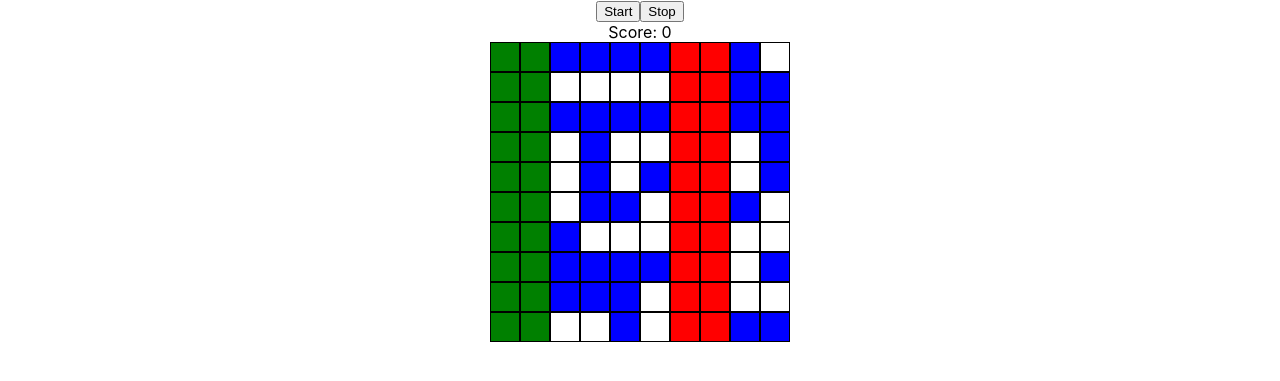
Repository: drumsmanku/grid-game
Page: / (app in client/)
The author's editor kept a copy of each file at every save. The page is drawn from the files as they stood at one save, then again after the next save.
The browser window is 1280 px wide. The pictures show the whole page.
The project was rebuilt for these pictures with package versions that can differ from the ones it lists, and the page was loaded fresh each time. Also part of the build but not shown: client/src/App.css, client/src/components/Grid.css.

Above is the page before, as saved 2024-03-22 22:11:59.

### client/src/App.js
import './App.css';
import Grid from './components/Grid';

function App() {
  return (
    <div className="App">
     <Grid/>
    </div>
  );
}

export default App;

### client/src/components/Grid.js
import React, { useState, useEffect } from 'react';
import './Grid.css';

const initialGrid = () => {
  let grid = [];
  for (let row = 0; row < 10; row++) {
    let currentRow = [];
    for (let col = 0; col < 10; col++) {
      if (col < 2) currentRow.push("green");
      else if (col < 6) currentRow.push(Math.random() < 0.5 ? "blue" : "");
      else if (col < 8) currentRow.push("red");
      else currentRow.push(Math.random() < 0.5 ? "blue" : "");
    }
    grid.push(currentRow);
  }
  return grid;
};

function Grid() {
  const [grid, setGrid] = useState(initialGrid);
  const [score, setScore] = useState(0);
  const [isMoving, setIsMoving] = useState(false);

  const moveRedColumns = () => {
    setGrid(prevGrid => {
      const newGrid = prevGrid.map(row => [...row]);
      for (let row = 0; row < 10; row++) {
        for (let col = 9; col >= 0; col--) {
          if (newGrid[row][col] === "red") {
            newGrid[row][col] = "";
            newGrid[row][col + 1] = "red";
          }
        }
      }
      return newGrid;
    });
  };

  useEffect(() => {
    let interval;
    if (isMoving) {
      interval = setInterval(moveRedColumns, 500);
    } else {
      clearInterval(interval);
    }
    return () => clearInterval(interval);
  }, [isMoving]);

  const handleClick = (row, col) => {
    if (grid[row][col] === "red") {
      setScore(prevScore => Math.max(0, prevScore - 10));
    } else if (grid[row][col] === "blue") {
      setScore(prevScore => prevScore + 10);
    }
  };

  const handleStart = () => {
    setIsMoving(true);
  };

  const handleStop = () => {
    setIsMoving(false);
  };

  return (
    <div className="Grid">
      <div style={{ display: 'flex', flexDirection: 'column', alignItems: 'center' }}>
        <div>
          <button onClick={handleStart}>Start</button>
          <button onClick={handleStop}>Stop</button>
        </div>
        <div>Score: {score}</div>
        {grid.map((row, rowIndex) => (
          <div key={rowIndex} style={{ display: 'flex' }}>
            {row.map((col, colIndex) => (
              <div key={`${rowIndex}-${colIndex}`}
                   onClick={() => handleClick(rowIndex, colIndex)}
                   style={{
                     width: '30px',
                     height: '30px',
                     backgroundColor: col || 'white',
                     border: '1px solid black',
                     boxSizing: 'border-box'
                   }}>
              </div>
            ))}
          </div>
        ))}
      </div>
    </div>
  );
}

export default Grid;

Loaded but not shown: client/public/index.html (common file); client/src/index.js (common file); client/src/index.css (common file)

After the next save:
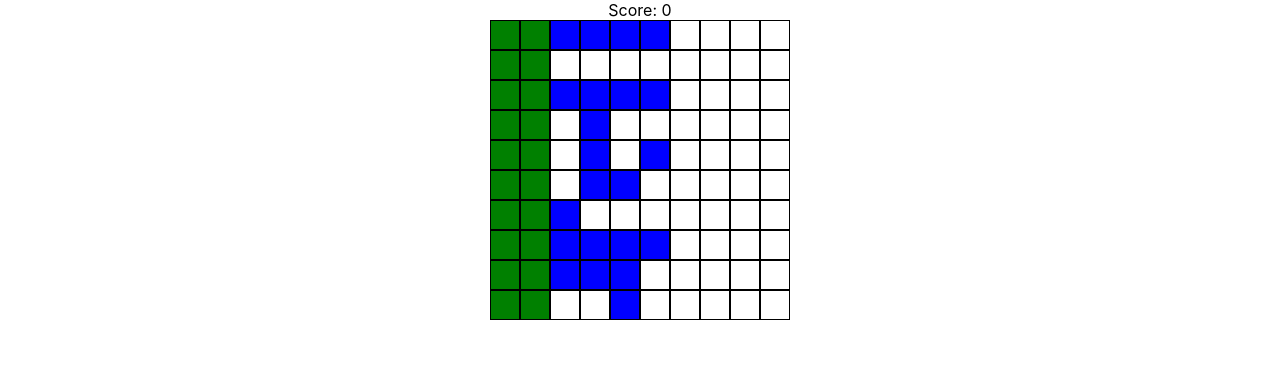
Saved 2 min 27 s later.
--- a/client/src/components/Grid.js
+++ b/client/src/components/Grid.js
@@ -19,16 +19,35 @@
 function Grid() {
   const [grid, setGrid] = useState(initialGrid);
   const [score, setScore] = useState(0);
-  const [isMoving, setIsMoving] = useState(false);
+  const [isMovingRight, setIsMovingRight] = useState(true);
 
   const moveRedColumns = () => {
     setGrid(prevGrid => {
       const newGrid = prevGrid.map(row => [...row]);
-      for (let row = 0; row < 10; row++) {
-        for (let col = 9; col >= 0; col--) {
-          if (newGrid[row][col] === "red") {
-            newGrid[row][col] = "";
-            newGrid[row][col + 1] = "red";
+      if (isMovingRight) {
+        for (let row = 0; row < 10; row++) {
+          for (let col = 9; col >= 0; col--) {
+            if (newGrid[row][col] === "red") {
+              newGrid[row][col] = "";
+              if (col < 9) {
+                newGrid[row][col + 1] = "red";
+              } else {
+                setIsMovingRight(false);
+              }
+            }
+          }
+        }
+      } else {
+        for (let row = 0; row < 10; row++) {
+          for (let col = 0; col < 10; col++) {
+            if (newGrid[row][col] === "red") {
+              newGrid[row][col] = "";
+              if (col > 0) {
+                newGrid[row][col - 1] = "red";
+              } else {
+                setIsMovingRight(true);
+              }
+            }
           }
         }
       }
@@ -37,14 +56,9 @@
   };
 
   useEffect(() => {
-    let interval;
-    if (isMoving) {
-      interval = setInterval(moveRedColumns, 500);
-    } else {
-      clearInterval(interval);
-    }
+    const interval = setInterval(moveRedColumns, 500);
     return () => clearInterval(interval);
-  }, [isMoving]);
+  }, []);
 
   const handleClick = (row, col) => {
     if (grid[row][col] === "red") {
@@ -54,21 +68,9 @@
     }
   };
 
-  const handleStart = () => {
-    setIsMoving(true);
-  };
-
-  const handleStop = () => {
-    setIsMoving(false);
-  };
-
   return (
     <div className="Grid">
       <div style={{ display: 'flex', flexDirection: 'column', alignItems: 'center' }}>
-        <div>
-          <button onClick={handleStart}>Start</button>
-          <button onClick={handleStop}>Stop</button>
-        </div>
         <div>Score: {score}</div>
         {grid.map((row, rowIndex) => (
           <div key={rowIndex} style={{ display: 'flex' }}>

After the save that followed:
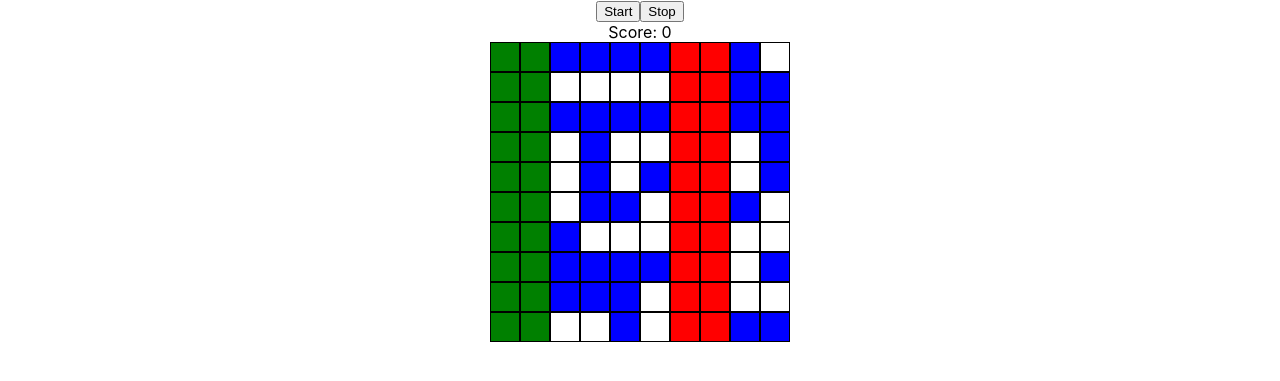
Saved 61 s later.
--- a/client/src/components/Grid.js
+++ b/client/src/components/Grid.js
@@ -19,6 +19,7 @@
 function Grid() {
   const [grid, setGrid] = useState(initialGrid);
   const [score, setScore] = useState(0);
+  const [isMoving, setIsMoving] = useState(false);
   const [isMovingRight, setIsMovingRight] = useState(true);
 
   const moveRedColumns = () => {
@@ -56,9 +57,14 @@
   };
 
   useEffect(() => {
-    const interval = setInterval(moveRedColumns, 500);
+    let interval;
+    if (isMoving) {
+      interval = setInterval(moveRedColumns, 500);
+    } else {
+      clearInterval(interval);
+    }
     return () => clearInterval(interval);
-  }, []);
+  }, [isMoving, isMovingRight]);
 
   const handleClick = (row, col) => {
     if (grid[row][col] === "red") {
@@ -68,9 +74,21 @@
     }
   };
 
+  const handleStart = () => {
+    setIsMoving(true);
+  };
+
+  const handleStop = () => {
+    setIsMoving(false);
+  };
+
   return (
     <div className="Grid">
       <div style={{ display: 'flex', flexDirection: 'column', alignItems: 'center' }}>
+        <div>
+          <button onClick={handleStart}>Start</button>
+          <button onClick={handleStop}>Stop</button>
+        </div>
         <div>Score: {score}</div>
         {grid.map((row, rowIndex) => (
           <div key={rowIndex} style={{ display: 'flex' }}>
